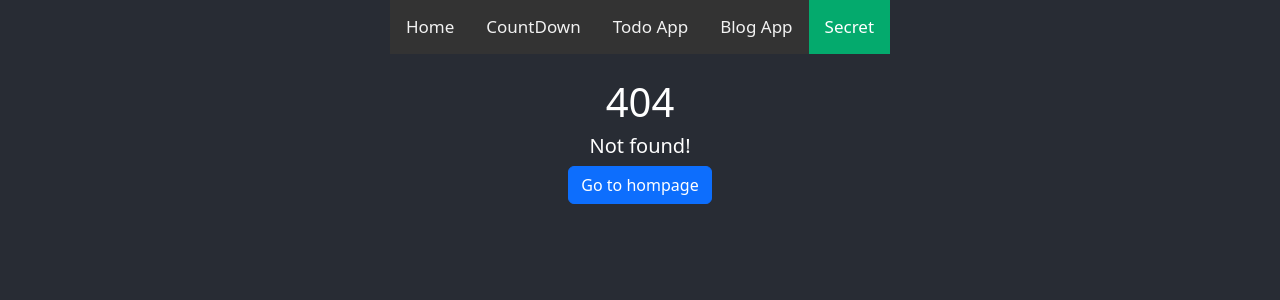
Repository: ThucSkin/React-hook-basic
Page: /secrect
The author's editor kept a copy of each file at every save. The page is drawn from the files as they stood at one save, then again after the next save.
The browser window is 1280 px wide. The pictures show the whole page.
The project was rebuilt for these pictures with package versions that can differ from the ones it lists, and the page was loaded fresh each time. Also part of the build but not shown: src/views/Todo.js, src/views/TableApi/TableUser.scss, src/customize/Fetch.js, src/views/TableApi/TableApi.js, src/views/CountDown/countdown.js, src/views/AddNewUser.js, src/views/Blog.js, src/views/BlogDetail.js.

Above is the page before, as saved 2023-06-12 02:22:12.

After the next save:
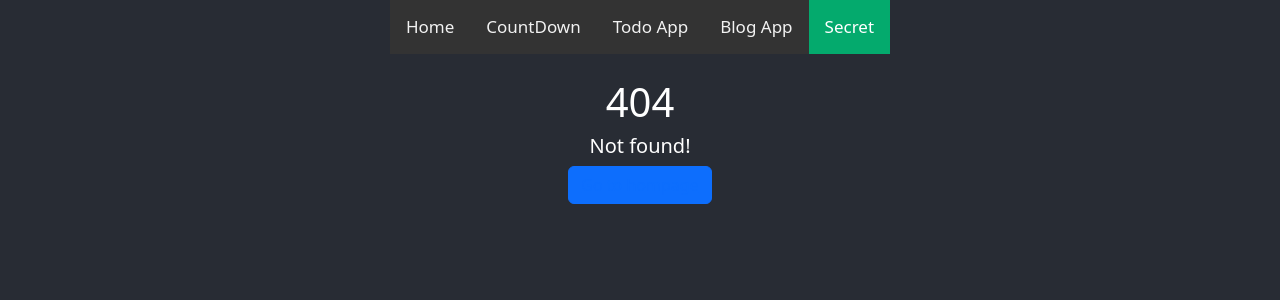
Saved 65 s later.
--- a/src/views/404.js
+++ b/src/views/404.js
@@ -1,10 +1,13 @@
+import { Link } from "react-router-dom"
 
 const NotFound404 = () => {
     return (
         <div>
             <h1>404</h1>
             <h5>Not found!</h5>
-            <button className="btn btn-primary">Go to hompage</button>
+            <button className="btn btn-primary">
+                <Link to={'/'}> Go to hompage</Link>
+            </button>
         </div>
     )
 }

After the save that followed:
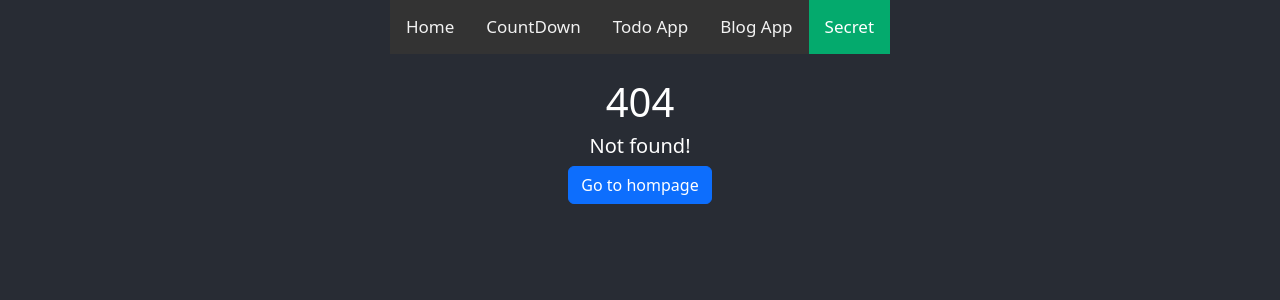
Saved 37 s later.
--- a/src/views/404.js
+++ b/src/views/404.js
@@ -5,9 +5,9 @@
         <div>
             <h1>404</h1>
             <h5>Not found!</h5>
-            <button className="btn btn-primary">
-                <Link to={'/'}> Go to hompage</Link>
-            </button>
+            <Link to={'/'}><button className="btn btn-primary">
+                Go to hompage
+            </button></Link>
         </div>
     )
 }
